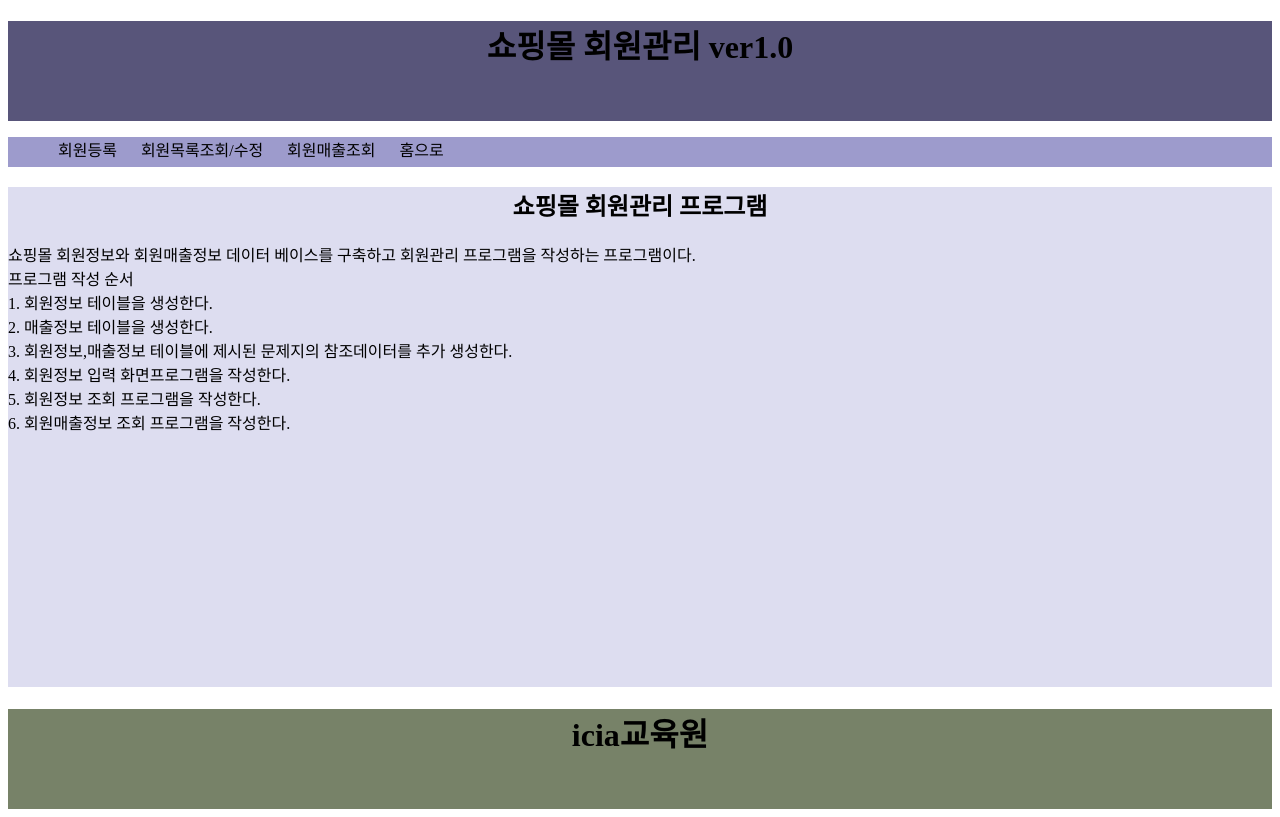
Repository: Kim-seongjun/javastudy2
Page: http://localhost/back_end_test/
An editor plug-in stored every save of this project. The page is shown before and after a run of saves, followed by the edit.
The browser window is 1280 px wide. The pictures show the whole page.
The page is served by Tomcat 9. Other server files are loaded and not shown.

Above is the page before, as saved 2020-01-22 01:33:16.

### back_end_test/WebContent/index.jsp
<%@ page language="java" contentType="text/html; charset=UTF-8"
	pageEncoding="UTF-8"%>
<!DOCTYPE html>
<html>
<head>
<meta charset="UTF-8">
<title>Insert title here</title>
<style>
#header{
	background-color: #58557A;
	text-align: center;
	height: 100px;
}
#section{
	background-color: #DDDDF0;
	height: 500px;
}
#footer{
	text-align: center;
	background-color: #778268;
	height: 100px;
}
</style>
</head>
<body>
	<header>
		<div id="header">
			<jsp:include page="header.jsp" />
		</div>
	</header>
	<nav>
		<div id="nav">
			<jsp:include page="nav.jsp" />
		</div>
	</nav>
	<section>
		<div id="section">
			<jsp:include page="menu.jsp" />
		</div>
	</section>
	<footer>
		<div id="footer">
			<jsp:include page="footer.jsp" />
		</div>
	</footer>
</body>
</html>

### back_end_test/WebContent/header.jsp
<%@ page language="java" contentType="text/html; charset=UTF-8"
    pageEncoding="UTF-8"%>
<!DOCTYPE html>
<html>
<head>
<meta charset="UTF-8">
<title>Insert title here</title>
<style>

</style>
</head>
<body>
<h1>쇼핑몰 회원관리 ver1.0</h1>
</body>
</html>

### back_end_test/WebContent/nav.jsp
<%@ page language="java" contentType="text/html; charset=UTF-8"
    pageEncoding="UTF-8"%>
<!DOCTYPE html>
<html>
<head>
<meta charset="UTF-8">
<title>Insert title here</title>

</head>
<style>

 #div_nav{
    background-color: #9D9BCC;
    height: 30px;
 }

 ul li {
 list-style-type:none;
 display:inline;
 margin :0px 10px;
 }

</style>
<body>
   <div id="div_nav">
      <ul id="list">
         <li><a>회원등록</a></li>
         <li><a>회원목록조회/수정</a></li>
         <li><a>회원매출조회</a></li>
         <li><a>홈으로</a></li>
      </ul>
   </div>
</body>
</html>

### back_end_test/WebContent/menu.jsp
<%@ page language="java" contentType="text/html; charset=UTF-8"
    pageEncoding="UTF-8"%>
<!DOCTYPE html>
<html>
<head>
<meta charset="UTF-8">
<title>Insert title here</title>
</head>
<body>
<h1 style="text-align: center;">쇼핑몰 회원관리 프로그램</h1>
쇼핑몰 회원정보와 회원매출정보 데이터 베이스를 구축하고 회원관리 프로그램을 작성하는 프로그램이다.<br>
프로그램 작성 순서<br>
1. 회원정보 테이블을 생성한다.<br>
2. 매출정보 테이블을 생성한다.<br>
3. 회원정보,매출정보 테이블에 제시된 문제지의 참조데이터를 추가 생성한다.<br>
4. 회원정보 입력 화면프로그램을 작성한다.<br>
5. 회원정보 조회 프로그램을 작성한다.<br>
6. 회원매출정보 조회 프로그램을 작성한다.<br>
</body>
</html>

### back_end_test/WebContent/footer.jsp
<%@ page language="java" contentType="text/html; charset=UTF-8"
    pageEncoding="UTF-8"%>
<!DOCTYPE html>
<html>
<head>
<meta charset="UTF-8">
<title>Insert title here</title>
</head>
<body>
<h1>icia교육원</h1>
</body>
</html>

After the next 2 saves:
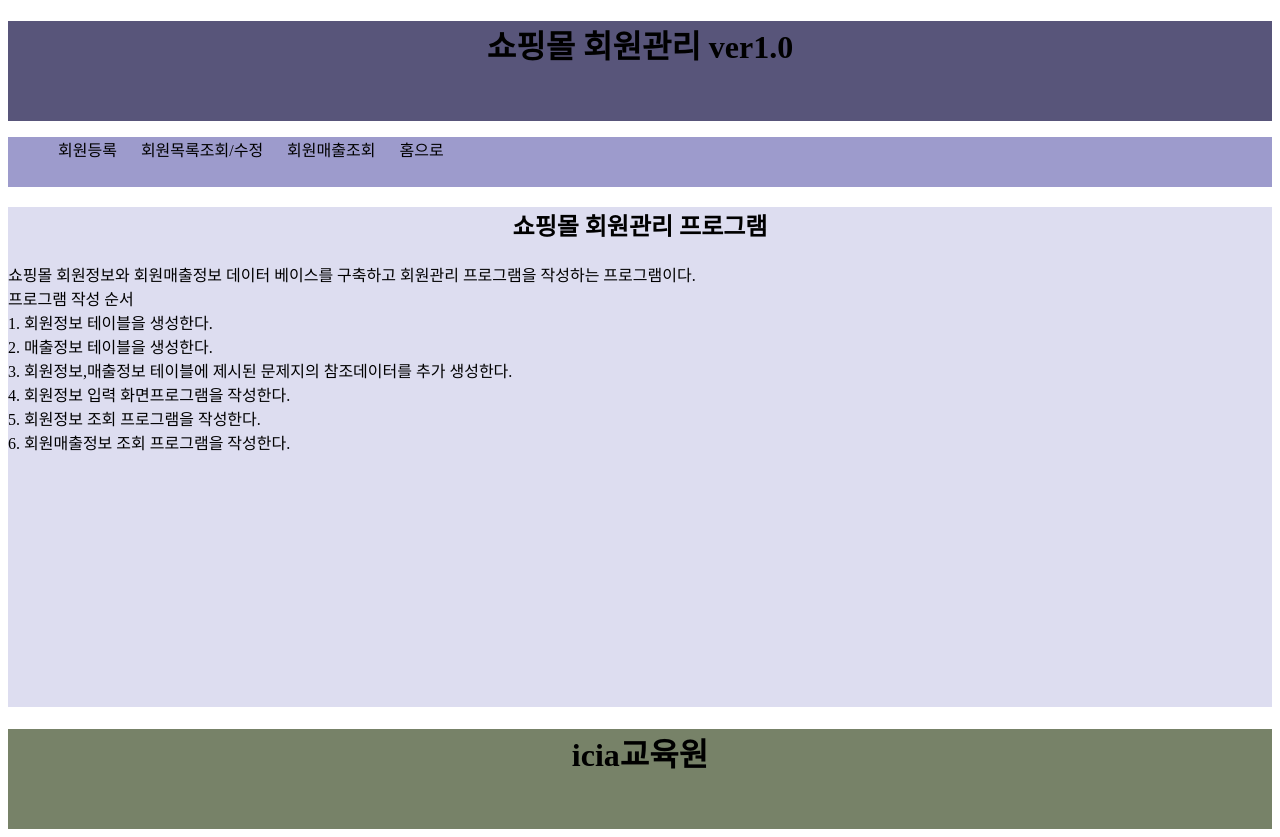
The 2 saves are shown as one change because they came seconds apart.
The last was saved 35 s later.
--- a/back_end_test/WebContent/index.jsp
+++ b/back_end_test/WebContent/index.jsp
@@ -10,6 +10,10 @@
 	background-color: #58557A;
 	text-align: center;
 	height: 100px;
+}
+#nav{
+	background-color: #9D9BCC;
+    height: 50px;
 }
 #section{
 	background-color: #DDDDF0;
